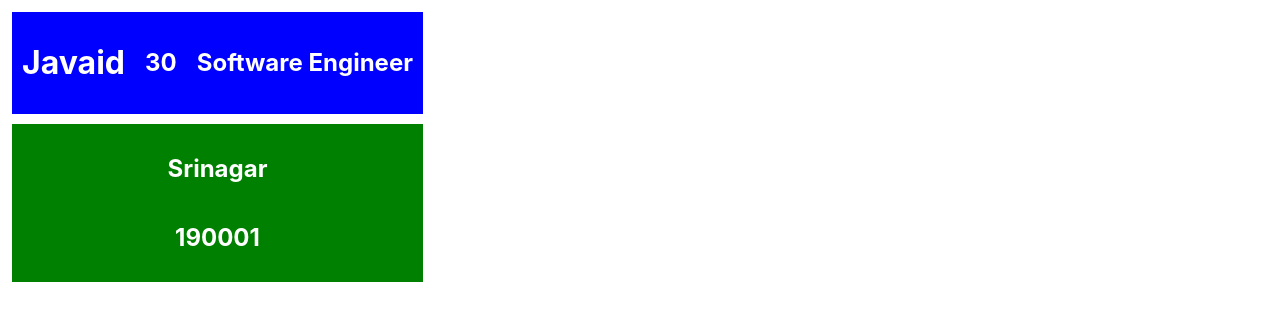
Repository: JavaidAhmadKhan/framer-motion-reacr
Page: /
These files come from the project's save history. The page is drawn as it stood at one moment and after the next save; the edit follows.
The browser window is 1280 px wide. The pictures show the whole page.
The project was rebuilt for these pictures with package versions that can differ from the ones it lists, and the page was loaded fresh each time.

Above is the page before, as saved 2022-05-19 17:26:58.

### src/App.js
import { Component } from "react";

import "./App.css";
class App extends Component {
  constructor() {
    console.log("constructor");
    super();
    console.log("super");
    this.state = {
      name: "Javaid",
      age: 30,
      profession: "Software Engineer",
      address: {
        city: "Srinagar",
        pincode: "190001",
      },
    };
  }

  render() {
    console.log("render");
    return (
      <div className="App">
        <table>
          <div
            style={{
              display: "flex",
              alignItems: "center",
              justifyContent: "center",
              margin: "10px",
              padding: "10px",
              backgroundColor: "blue",
              color: "white",
              gap: "20px",
            }}
          >
            <h1>{this.state.name}</h1>
            <h2>{this.state.age}</h2>
            <h2>{this.state.profession}</h2>
          </div>
          <div
            style={{
              display: "flex",
              flexDirection: "column",
              justifyContent: "center",
              alignItems: "center",
              backgroundColor: "green",
              margin: "10px",
              padding: "10px",
              color: "white",
            }}
          >
            <h2>{this.state.address.city}</h2>
            <h2>{this.state.address.pincode}</h2>
          </div>
        </table>
      </div>
    );
  }
}

export default App;

Loaded but not shown: public/index.html (common file); src/index.js (common file); src/index.css (common file); src/reportWebVitals.js (common file); src/App.css (common file)

After the next save:
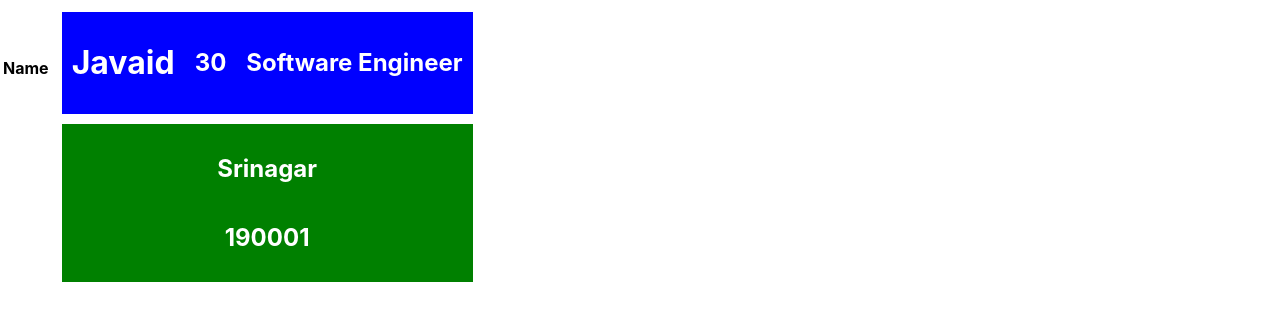
Saved 9 s later.
--- a/src/App.js
+++ b/src/App.js
@@ -22,6 +22,7 @@ class App extends Component {
     return (
       <div className="App">
         <table>
+          <th>Name</th>
           <div
             style={{
               display: "flex",
